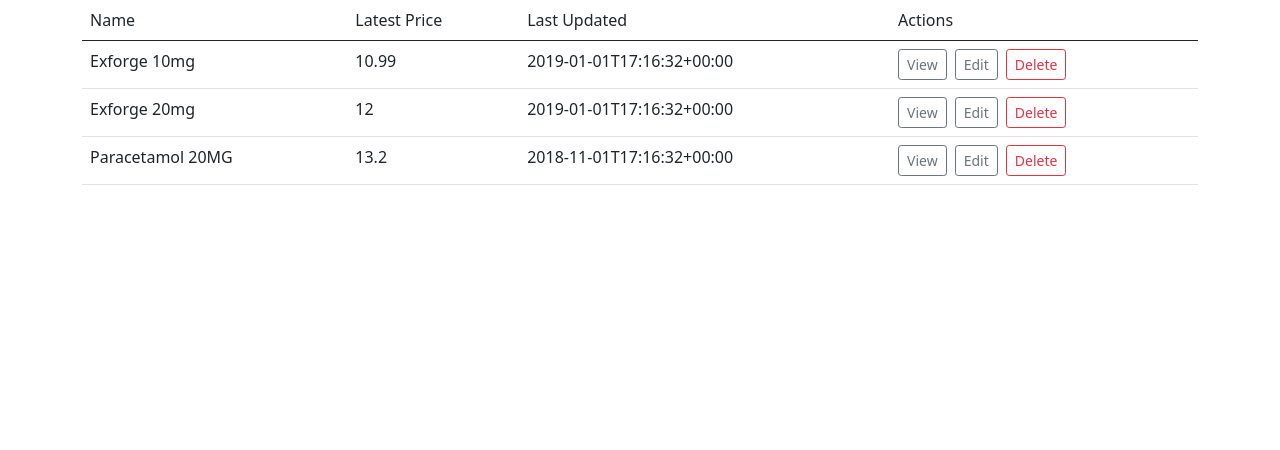
Repository: tHEO2k17/inventory-manager
Page: /
The author's editor kept a copy of each file at every save. The page is drawn from the files as they stood at one save, then again after the next save.
The browser window is 1280 px wide. The pictures show the whole page.
The project was rebuilt for these pictures with package versions that can differ from the ones it lists, and the page was loaded fresh each time.

Above is the page before, as saved 2021-08-31 08:26:17.

### src/index.tsx
import React from 'react';
import ReactDOM from 'react-dom';
import './index.scss';
import App from './presentation/App';

ReactDOM.render(
  <React.StrictMode>
    <App />
  </React.StrictMode>,
  document.getElementById('root')
);

### src/presentation/App.tsx
import ProductsPage from './pages/ProductsPage';

export default function App() {
  return ( <ProductsPage/> );
}

### src/presentation/pages/ProductsPage.tsx
import { Component } from "react"
import { Container, Table } from "react-bootstrap";
import { mock } from "../../core/mock";
import Product from "../components/Product";

export default class ProductsPage extends Component {
    constructor(props: any) {
        super(props);
    }

    render() {
        return (
            <Container>
                <Table>
                    <thead>
                        <tr>
                            <td>Name</td>
                            <td>Latest Price</td>
                            <td>Last Updated</td>
                            <td>Actions</td>
                        </tr>
                    </thead>
                    <tbody>
                        {
                            mock.products.map(product => <Product key={product.id} product={product} />)
                        }
                    </tbody>
                </Table>
            </Container>
        );
    }
}

### src/core/mock.ts
export const mock = {
    "products": [
        {
            "id": 1,
            "name": "Exforge 10mg",
            "prices": [
                {
                    "id": 1,
                    "price": 10.99,
                    "date": "2019-01-01T17:16:32+00:00"
                },
                {
                    "id": 2,
                    "price": 9.20,
                    "date": "2018-11-01T17:16:32+00:00"
                }
            ]
        },
        {
            "id": 2,
            "name": "Exforge 20mg",
            "prices": [
                {
                    "id": 3,
                    "price": 12.00,
                    "date": "2019-01-01T17:16:32+00:00"
                },
                {
                    "id": 4,
                    "price": 13.20,
                    "date": "2018-11-01T17:16:32+00:00"
                }
            ]
        },
        {
            "id": 3,
            "name": "Paracetamol 20MG",
            "prices": [
                {
                    "id": 5,
                    "price": 5.00,
                    "date": "2017-01-01T17:16:32+00:00"
                },
                {
                    "id": 6,
                    "price": 13.20,
                    "date": "2018-11-01T17:16:32+00:00"
                }
            ]
        }
    ]
};

### src/presentation/components/Product.tsx
import { Button } from "react-bootstrap"
import moment from 'moment';

const Product = ({ product }: ProductProps) => {

    const findLatestPriceInfo = (prices: any[]): any => {
        return prices.reduce(
            (acc: any, value: any) =>
                moment(acc.date).isAfter(value.date)
                    ? acc
                    : value
        );
    }

    return (
        <tr>
            <td>{product.name}</td>
            <td>{findLatestPriceInfo(product.prices).price}</td>
            <td>{findLatestPriceInfo(product.prices).date}</td>
            <td>
                <Button size="sm" variant="outline-secondary">View</Button>
                <Button size="sm" variant="outline-secondary" className="mx-2">Edit</Button>
                <Button size="sm" variant="outline-danger">Delete</Button>
            </td>
        </tr>
    );

}

export default Product;

type ProductProps = {
    key: any,
    product: any
}

### src/presentation/components/ProductForm.tsx
import { Component } from "react";
import { Button, Form } from "react-bootstrap";

export default class ProductForm extends Component {
    constructor(props: any) {
        super(props);
    }

    render() {
        return (
            <Form>
                <Form.Group className="mb-3" controlId="formBasicEmail">
                    <Form.Label>Name</Form.Label>
                    <Form.Control type="text" placeholder="Enter product name" />
                </Form.Group>

                <Form.Group className="mb-3" controlId="formBasicEmail">
                    <Form.Label>Price</Form.Label>
                    <Form.Control type="text" placeholder="Enter product price" />
                </Form.Group>

                <Form.Group className="mb-3" controlId="formBasicEmail">
                    <Button>Cancel</Button>
                    <Button>Add</Button>
                </Form.Group>

            </Form>
        );
    }
}

Loaded but not shown: public/index.html (common file); src/index.scss (common file)

After the next save:
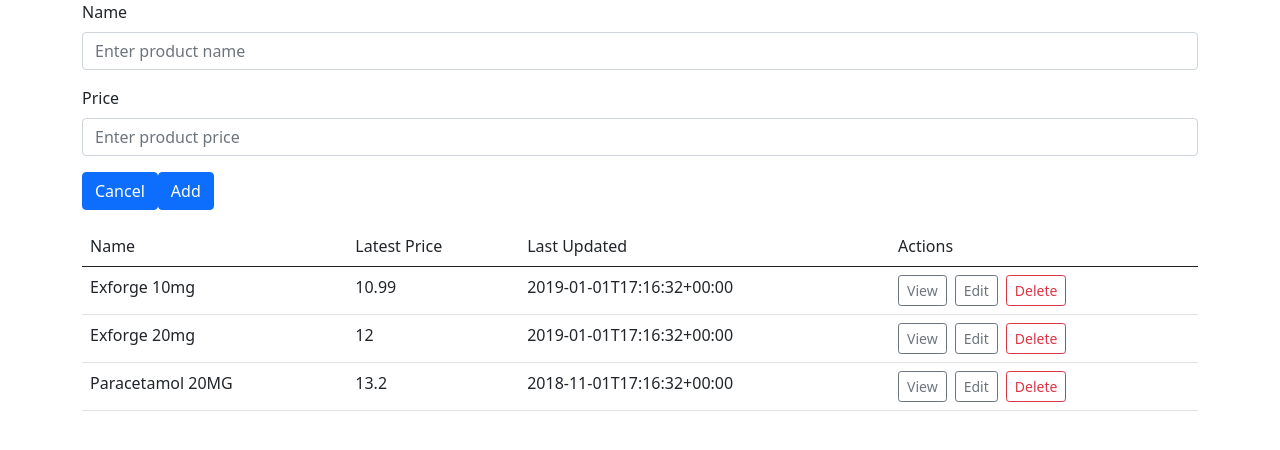
Saved 32 s later.
--- a/src/presentation/pages/ProductsPage.tsx
+++ b/src/presentation/pages/ProductsPage.tsx
@@ -2,6 +2,7 @@ import { Component } from "react"
 import { Container, Table } from "react-bootstrap";
 import { mock } from "../../core/mock";
 import Product from "../components/Product";
+import ProductForm from "../components/ProductForm";
 
 export default class ProductsPage extends Component {
     constructor(props: any) {
@@ -11,6 +12,7 @@ export default class ProductsPage extends Component {
     render() {
         return (
             <Container>
+                <ProductForm/>
                 <Table>
                     <thead>
                         <tr>
